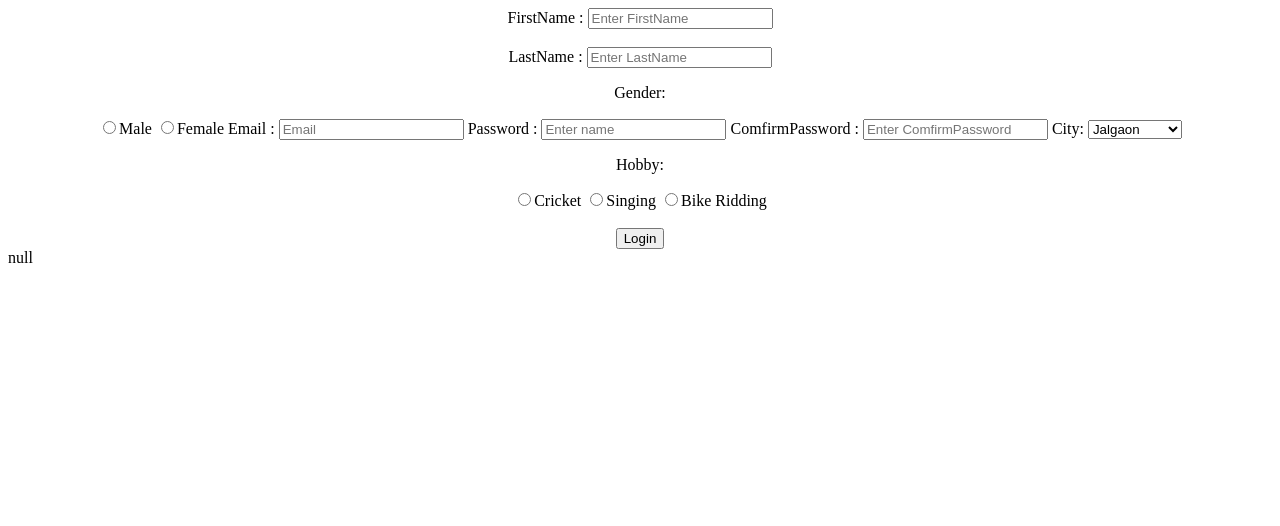
Repository: yogendra-dashore/java-ism
Page: http://localhost/23-ism-jee/Registration.jsp
These files come from the project's save history. The page is drawn as it stood at one moment and after the next save; the edit follows.
The browser window is 1280 px wide. The pictures show the whole page.
The page is served by Tomcat 9.

Above is the page before, as saved 2023-04-03 04:33:01.

After the next save:
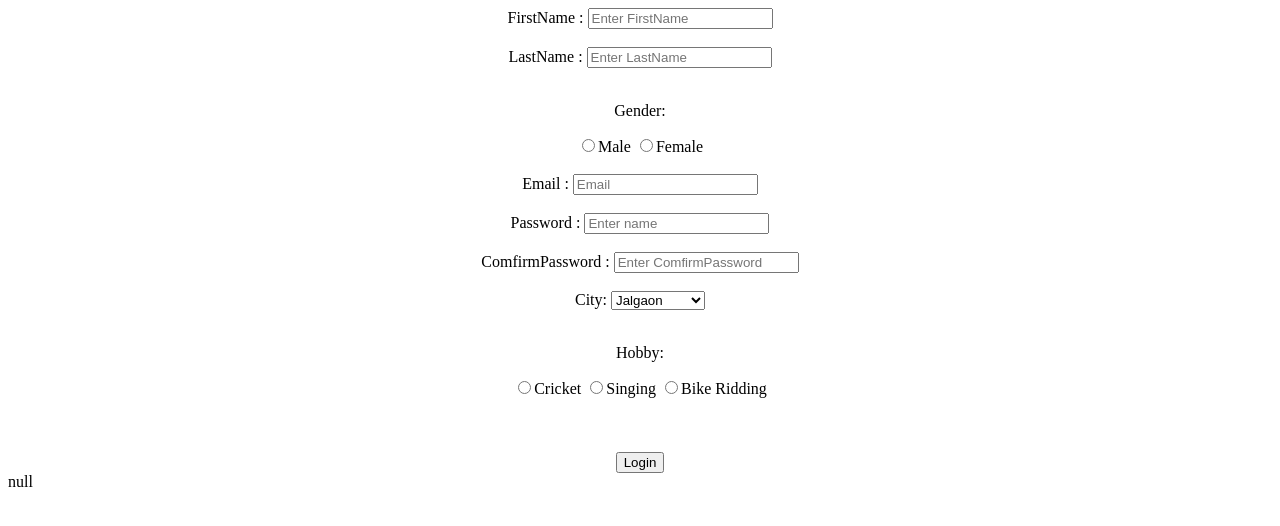
Saved 90 s later.
--- a/23-ism-jee/src/main/webapp/Registration.jsp
+++ b/23-ism-jee/src/main/webapp/Registration.jsp
@@ -15,21 +15,21 @@
 <form action="Registration" method="post" align="center">
 
 FirstName : <input type="text" name="FirstName" placeholder="Enter FirstName"><br><br>
-LastName : <input type="text" name="LastName" placeholder="Enter LastName">
+LastName : <input type="text" name="LastName" placeholder="Enter LastName"><br><br>
 <p>Gender:</p>
   <input type="radio" id="gender1" name="Gender" value="Male">Male
-  <input type="radio" id="gender2" name="Gender" value="Female">Female
+  <input type="radio" id="gender2" name="Gender" value="Female">Female<br><br>
 
-Email : <input type="text" name="Email" placeholder="Email">
-Password : <input type="Password" name="Password" placeholder="Enter name">
-ComfirmPassword : <input type="ComfirmPassword" name="ComfirmPassword" placeholder="Enter ComfirmPassword">
+Email : <input type="text" name="Email" placeholder="Email"><br><br>
+Password : <input type="Password" name="Password" placeholder="Enter name"><br><br>
+ComfirmPassword : <input type="ComfirmPassword" name="ComfirmPassword" placeholder="Enter ComfirmPassword"><br><br>
 <label for="City">City:</label>
     <select id="city" name="city">
     <option value="Jalgaon">Jalgaon</option>
     <option value="Pune">Pune</option>
     <option value="Mumbai">Mumbai</option>
     <option value="Ahmedabad">Ahmedabad</option>
-  </select>
+  </select><br><br>
 
 
   <p>Hobby:</p>
@@ -37,8 +37,7 @@ ComfirmPassword : <input type="ComfirmPassword" name="ComfirmPassword" placehold
 
   <input type="radio" id="hobbi2" name="Hobbi" value="60">Singing
 
-  <input type="radio" id="hobbi3" name="Hobbi" value="100">Bike Ridding
-
+  <input type="radio" id="hobbi3" name="Hobbi" value="100">Bike Ridding<br><br>
 
 </table>
 <br><br>
